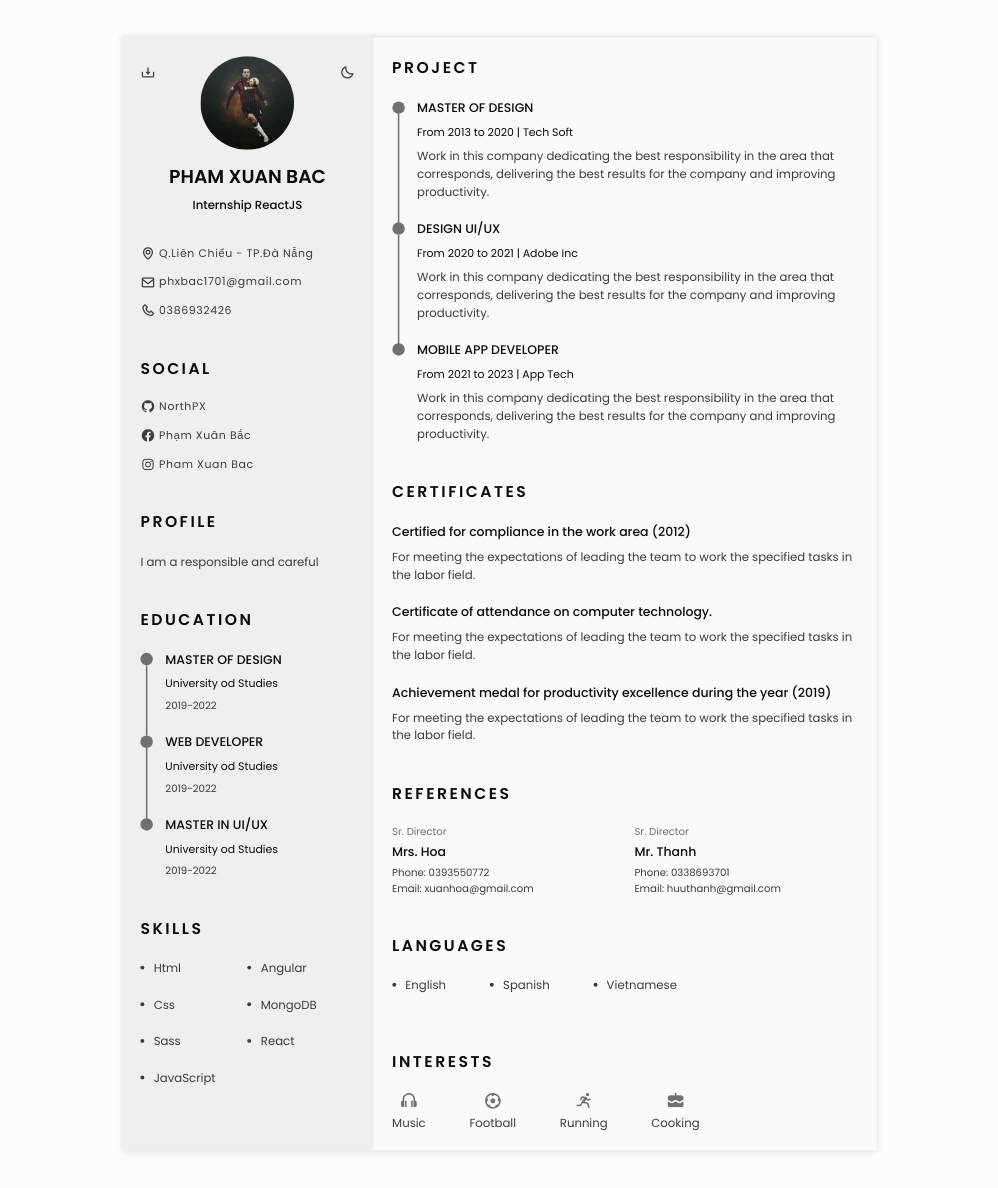
Repository: northpx/myCV
Page: index.html
The author's editor kept a copy of each file at every save. The page is drawn from the files as they stood at one save, then again after the next save.
The browser window is 1280 px wide. The pictures show the whole page, at 78% of full size.

Above is the page before, as saved 2023-02-23 16:21:55.

### index.html
<!DOCTYPE html>
<html lang="en">
<head>
    <meta charset="UTF-8">
    <meta http-equiv="X-UA-Compatible" content="IE=edge">
    <meta name="viewport" content="width=device-width, initial-scale=1.0">
    <link rel="stylesheet" href="./src/css/styles.css">
    <link rel="stylesheet" href="https://cdn.jsdelivr.net/npm/boxicons@latest/css/boxicons.min.css">
    <title>Pham Xuan Bac</title>
</head>
<body>
    <header class="l-header" id="header">
        <nav class="nav bd-container">
            <a href="#" class="nav__logo">Bac</a>
            <div class="nav__menu" id="nav-menu">
                <ul class="nav__list">
                    <li class="nav__item">
                        <a href="#home" class="nav__link active-link">
                            <i class='bx bx-home nav__icon' ></i>HOME
                        </a>
                    </li>
                    <li class="nav__item">
                        <a href="#profile" class="nav__link">
                            <i class='bx bx-user nav__icon' ></i>USER
                        </a>
                    </li>
                    <li class="nav__item">
                        <a href="#education" class="nav__link">
                            <i class='bx bx-book nav__icon' ></i>EDUCATION
                        </a>
                    </li>
                    <li class="nav__item">
                        <a href="#skills" class="nav__link">
                            <i class='bx bx-receipt nav__icon' ></i>SKILLS
                        </a>
                    </li>
                    <li class="nav__item">
                        <a href="#project" class="nav__link">
                            <i class='bx bx-briefcase-alt nav__icon' ></i>PROJECT
                        </a>
                    </li>
                    <li class="nav__item">
                        <a href="#certificates" class="nav__link">
                            <i class='bx bx-award nav__icon' ></i>CERTIFICATES
                        </a>
                    </li>

                    <li class="nav__item">
                        <a href="#references" class="nav__link">
                            <i class='bx bx-link-external nav__icon' ></i>REFERENCES
                        </a>
                    </li>
                </ul>
            </div>

            <div class="nav__toogle" id="nav-toggle">
                <i class="bx bx-grid-alt"></i>
            </div>
        </nav>
    </header>
    <main class="l-main bd-container">
        <div class="resume" id="area-cv">
            <div class="resume__left">
                <section class="home" id="home">
                    <div class="home__container section bd-grid">
                        <div class="home__data bd-grid">
                            <img src="./src/img/z3668101589347_355da8c054c5f58beb49364ce3f9e5b5.jpg" alt="" class="home__img">
                            <h1 class="home__title"><b>PHAM XUAN BAC</b></h1>
                            <h3 class="home__profession">Internship ReactJS</h3>
                            <div>
                                <a download="" href="./src/pdf/resumecv.pdf" class="home__button-movil">Dowload</a>
                            </div>
                        </div>
                        <div class="home__address bd-grid">
                            <span class="home__information">
                                <i class="bx bx-map home__icon"></i> Q.Liên Chiểu - TP.Đà Nẵng
                            </span>
                            <span class="home__information">
                                <i class="bx bx-envelope home__icon"></i> phxbac1701@gmail.com
                            </span>
                            <span class="home__information">
                                <i class="bx bx-phone home__icon"></i> 0386932426
                            </span>
                        </div>
                    </div>
                    <i class="bx bx-moon change-theme" title="Theme" id="theme-button"></i>
                    <i class="bx bx-download generate-pdf" title="Generate PDF" id="resume-button"></i>
                </section>

                <section class="social section">
                    <h2 class="section-title">SOCIAL</h2>
                    <div class="social__container bd-grid">
                        <a href="https://github.com/northpx" target="_blank" class="social_link">
                            <i class="bx bxl-github social__icon"></i> NorthPX
                        </a>
                        <a href="https://www.facebook.com/north.px.13/" target="_blank" class="social_link">
                            <i class="bx bxl-facebook-circle social__icon"></i> Phạm Xuân Bắc
                        </a>
                        <a href="https://www.instagram.com/_north.px_/" target="_blank" class="social_link">
                            <i class="bx bxl-instagram social__icon"></i> Pham Xuan Bac
                        </a>
                    </div>
                </section>

                <section class="profile section" id="profile">
                    <h2 class="section-title">Profile</h2>
                    <p class="profile__description">
                        I am a responsible and careful
                    </p>
                </section>

                <section class="education section" id="education">
                    <h2 class="section-title">Education</h2>
                    <div class="education__container bd-grid">
                        <div class="education__content">
                            <div class="education__time">
                                <span class="education__rounder"></span>
                                <span class="education__line"></span>
                            </div>
                            <div class="education__data bd-grid">
                                <h3 class="education__title">MASTER OF DESIGN</h3>
                                <span class="education__studies">University od Studies</span>
                                <span class="education__year">2019-2022</span>
                            </div>
                        </div>

                        <div class="education__content">
                            <div class="education__time">
                                <span class="education__rounder"></span>
                                <span class="education__line"></span>
                            </div>
                            <div class="education__data bd-grid">
                                <h3 class="education__title">WEB DEVELOPER</h3>
                                <span class="education__studies">University od Studies</span>
                                <span class="education__year">2019-2022</span>
                            </div>
                        </div>

                        <div class="education__content">
                            <div class="education__time">
                                <span class="education__rounder"></span>
                                <!-- <span class="education__line"></span> -->
                            </div>
                            <div class="education__data bd-grid">
                                <h3 class="education__title">MASTER IN UI/UX</h3>
                                <span class="education__studies">University od Studies</span>
                                <span class="education__year">2019-2022</span>
                            </div>
                        </div>
                    </div>
                </section>

                <section class="skills section" id="skills">
                    <h2 class="section-title">Skills</h2>
                    <div class="skills__content bd-grid">
                        <ul class="skills__data">
                            <li class="skills__name">
                                <span class="skills__circle"></span> Html
                            </li>
                            <li class="skills__name">
                                <span class="skills__circle"></span> Css
                            </li>
                            <li class="skills__name">
                                <span class="skills__circle"></span> Sass
                            </li>
                            <li class="skills__name">
                                <span class="skills__circle"></span> JavaScript
                            </li>
                        </ul>

                        <ul class="skills__data">
                            <li class="skills__name">
                                <span class="skills__circle"></span> Angular
                            </li>
                            <li class="skills__name">
                                <span class="skills__circle"></span> MongoDB
                            </li>
                            <li class="skills__name">
                                <span class="skills__circle"></span> React
                            </li>
                        </ul>
                    </div>
                </section>
            </div>

            <div class="resume__right">
                <section class="project section" id="project">
                    <h2 class="section-title">project</h2>
                    <div class="project__container bd-grid">
                        <div class="project__content">
                            <div class="project__time">
                                <span class="project__rounder"></span>
                                <span class="project__line"></span>
                            </div>
                            <div class="project__data bd-grid">
                                <h3 class="project__title">MASTER OF DESIGN</h3>
                                <span class="project__company">From 2013 to 2020 | Tech Soft</span>
                                <p class="project__description">Work in this company dedicating the best responsibility in the area that corresponds, delivering the best results for the company and improving productivity.</p>
                            </div>
                        </div>
                        <div class="project__content">
                            <div class="project__time">
                                <span class="project__rounder"></span>
                                <span class="project__line"></span>
                            </div>
                            <div class="project__data bd-grid">
                                <h3 class="project__title">DESIGN UI/UX</h3>
                                <span class="project__company">From 2020 to 2021 | Adobe Inc</span>
                                <p class="project__description">Work in this company dedicating the best responsibility in the area that corresponds, delivering the best results for the company and improving productivity.</p>
                            </div>
                        </div>
                        <div class="project__content">
                            <div class="project__time">
                                <span class="project__rounder"></span>
                            </div>
                            <div class="project__data bd-grid">
                                <h3 class="project__title">MOBILE APP DEVELOPER</h3>
                                <span class="project__company">From 2021 to 2023 | App Tech</span>
                                <p class="project__description">Work in this company dedicating the best responsibility in the area that corresponds, delivering the best results for the company and improving productivity.</p>
                            </div>
                        </div>
                    </div>
                </section>

                <section class="certificate section" id="certificates">
                    <h2 class="section-title">Certificates</h2>
                    <div class="certificate__container bd-grid">
                        <div class="certificate__content">
                            <h3 class="certificate__title">Certified for compliance in the work area (2012)</h3>
                            <p class="certificate__description">For meeting the expectations of leading the team to work the specified tasks in the labor field.</p>
                        </div>

                        <div class="certificate__content">
                            <h3 class="certificate__title">Certificate of attendance on computer technology.</h3>
                            <p class="certificate__description">For meeting the expectations of leading the team to work the specified tasks in the labor field.</p>
                        </div>

                        <div class="certificate__content">
                            <h3 class="certificate__title">Achievement medal for productivity excellence during the year (2019)</h3>
                            <p class="certificate__description">For meeting the expectations of leading the team to work the specified tasks in the labor field.</p>
                        </div>
                    </div>
                </section>

                <section class="references section" id="references">
                    <h2 class="section-title">References</h2>
                    <div class="references__container bd-grid">
                        <div class="references__content bd-grid">
                            <span class="references__subtitle">Sr. Director</span>
                            <h3 class="references__title">Mrs. Hoa</h3>
                            <ul class="references__contact">
                                <li>Phone: 0393550772</li>
                                <li>Email: xuanhoa@gmail.com</li>
                            </ul>
                        </div>

                        <div class="references__content bd-grid">
                            <span class="references__subtitle">Sr. Director</span>
                            <h3 class="references__title">Mr. Thanh</h3>
                            <ul class="references__contact">
                                <li>Phone: 0338693701</li>
                                <li>Email: huuthanh@gmail.com</li>
                            </ul>
                        </div>
                    </div>
                </section>

                <section class="languages section">
                    <h2 class="section-title">Languages</h2>
                    <div class="languages__container bd-grid">
                        <ul class="languages__content bd-grid">
                            <li class="languages_name">
                                <span class="languages__circle"></span> English
                            </li>
                            <li class="languages_name">
                                <span class="languages__circle"></span> Spanish
                            </li>
                            <li class="languages_name">
                                <span class="languages__circle"></span> Vietnamese
                            </li>

                        </ul>
                    </div>
                </section>

                <section class="interests section">
                    <h2 class="section-title">Interests</h2>
                    <div class="interests__container bd-grid">
                        <div class="interests__content">
                            <i class="bx bx-headphone interests__icon"></i>
                            <span class="interests__name">Music</span>
                        </div>
                        <div class="interests__content">
                            <i class='bx bx-football interests__icon' ></i>
                            <span class="interests__name">Football</span>
                        </div>
                        <div class="interests__content">
                            <i class='bx bx-run interests__icon' ></i>
                            <span class="interests__name">Running</span>
                        </div>
                        <div class="interests__content">
                            <i class='bx bxs-cake interests__icon' ></i>
                            <span class="interests__name">Cooking</span>
                        </div>
                    </div>
                </section>
            </div>
        </div>
    </main>

    <a href="#" class="scrolltop" id="scroll-top">
        <i class="bx bx-up-arrow-alt scrolltop__icon"></i>
    </a>
    <script src="./src/js/html2pdf.bundle.min.js"></script>
    <script src="./src/js/scripts.js"></script>
</body>
</html>

Loaded but not shown: src/js/html2pdf.bundle.min.js (library); src/js/scripts.js (107 lines, source omitted); src/css/styles.css (578 lines, source omitted)

After the next save:
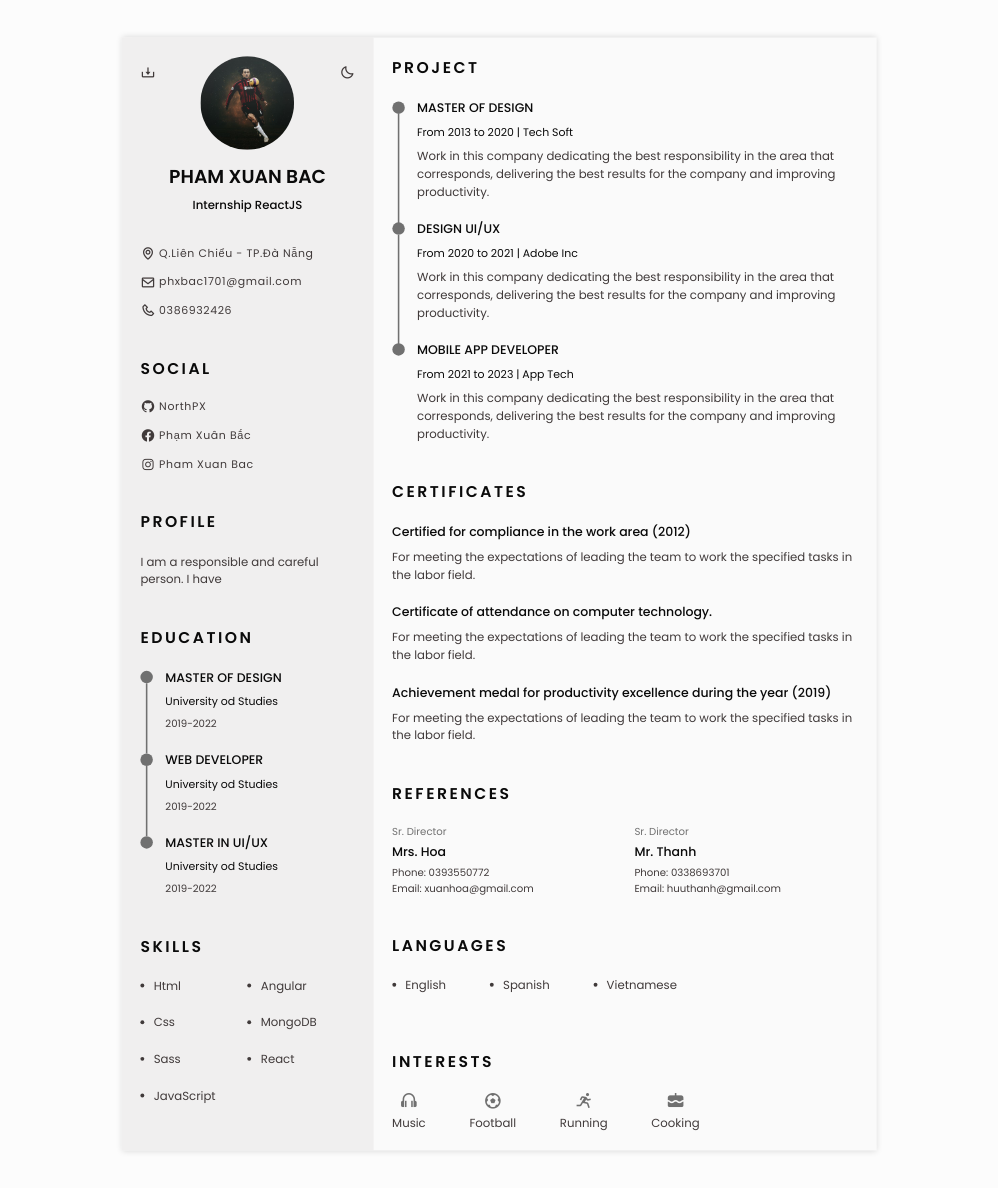
Saved 6 s later.
--- a/index.html
+++ b/index.html
@@ -105,7 +105,7 @@
                 <section class="profile section" id="profile">
                     <h2 class="section-title">Profile</h2>
                     <p class="profile__description">
-                        I am a responsible and careful
+                        I am a responsible and careful person. I have
                     </p>
                 </section>
 
